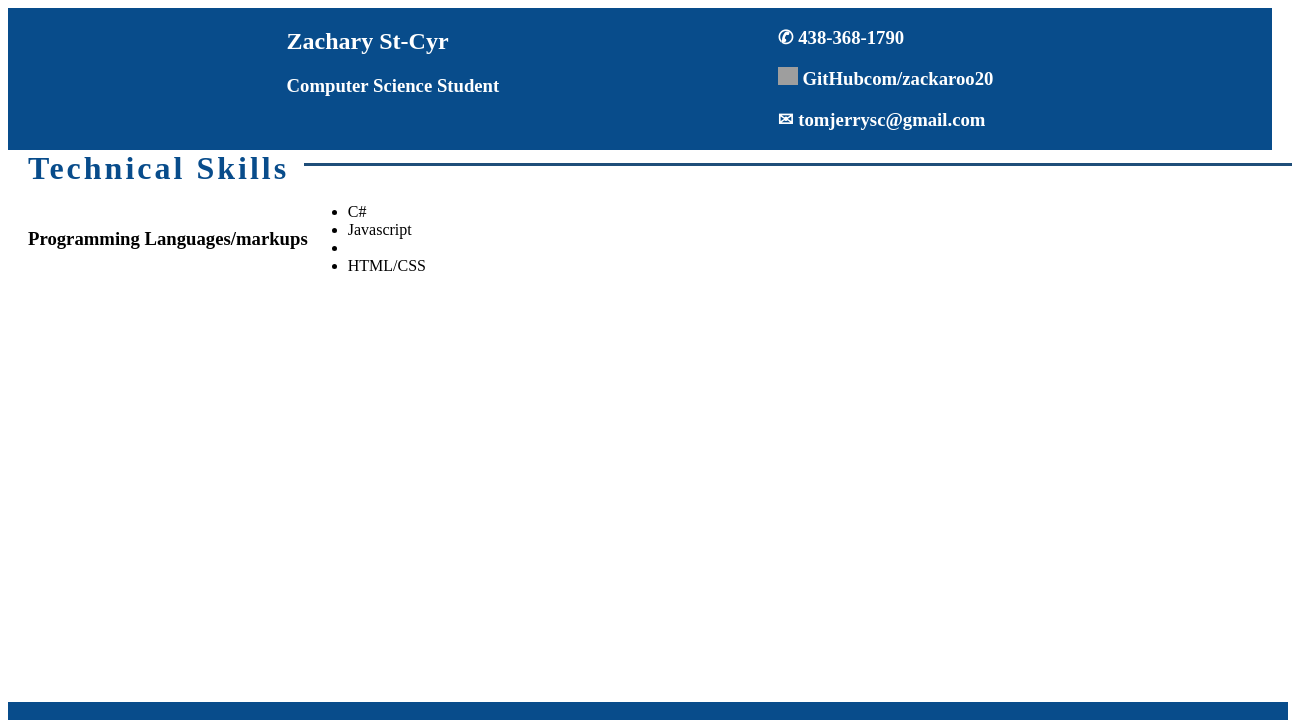
Repository: zackaroo20/Resume-CV
Page: CV.html
The author's editor kept a copy of each file at every save. The page is drawn from the files as they stood at one save, then again after the next save.
The browser window is 1280 px wide. The page is 1292 px wide, so the pictures cover 1292 px, including what lies to the right of the window. The pictures show the whole page.
Pictures or frames that could not be fetched are drawn as grey boxes.

Above is the page before, as saved 2026-03-02 15:57:26.

After the next save:
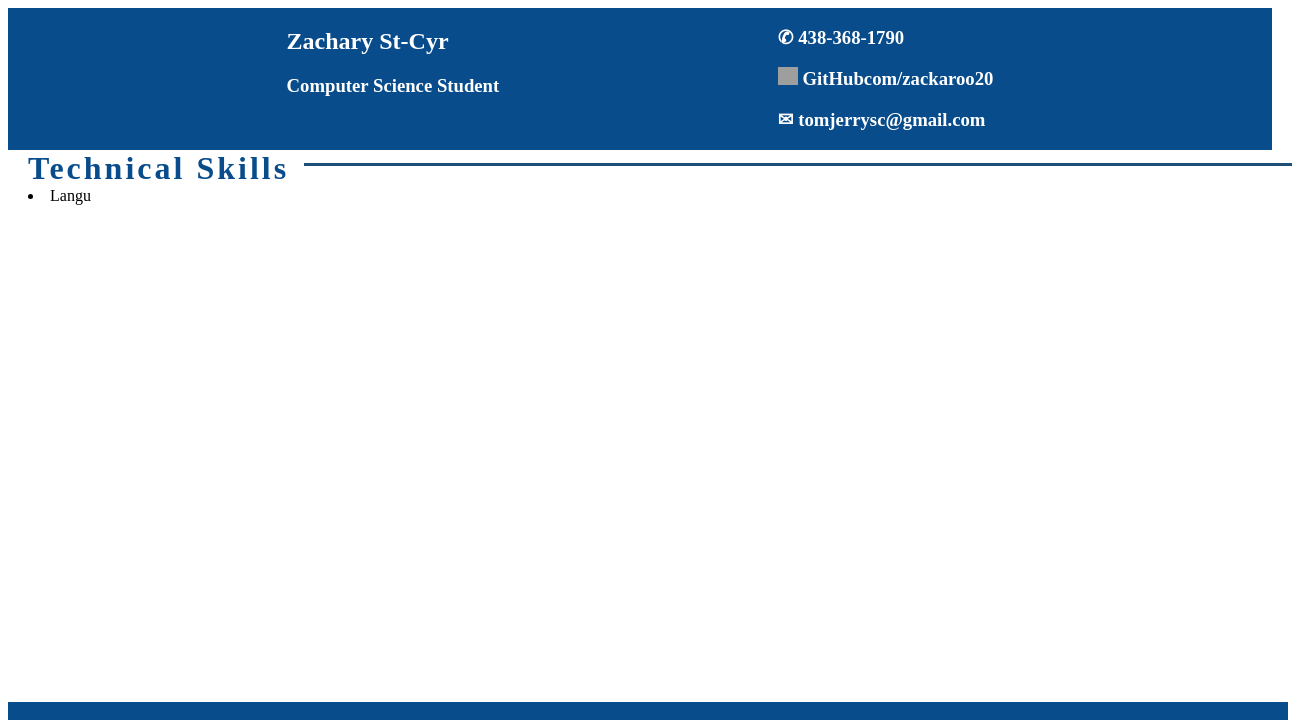
Saved 119 s later.
--- a/CV.html
+++ b/CV.html
@@ -26,13 +26,13 @@
         <hr class="divider">
     </div>
     <div class="subdiv">
-        <h3>Programming Languages/markups</h3>
-        <ul>
-            <li>C#</li>
-            <li>Javascript</li>
-            <li></li>
-            <li>HTML/CSS</li>
-        </ul>
+        <li>Langu</li>
+
+
+
+    </div>
+
+
 
 
 
